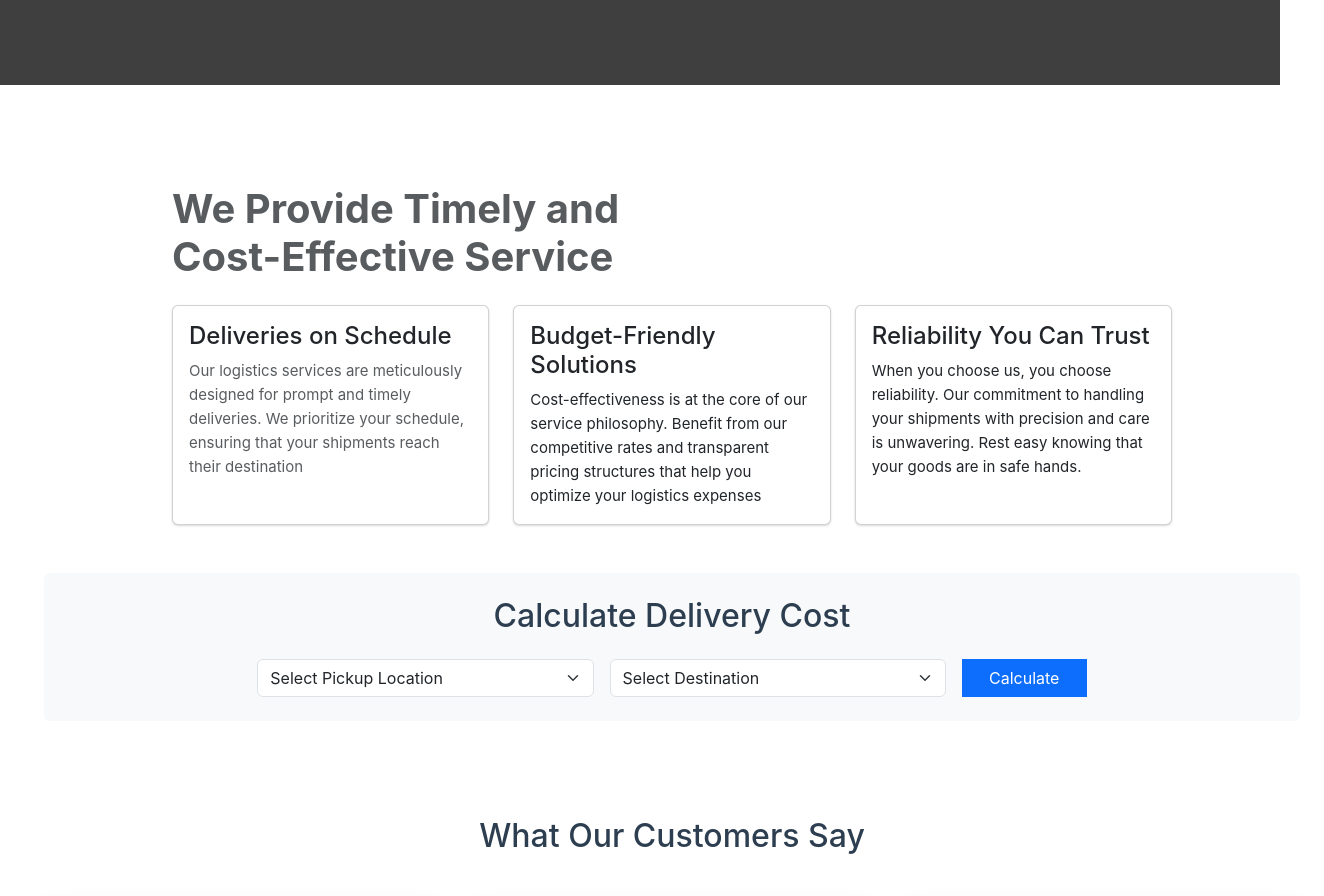
Repository: stancillous/package-yangu-logistics
Page: /
These files come from the project's save history. The page is drawn as it stood at one moment and after the next save; the edit follows.
The browser window is 1280 px wide. The page is 1324 px wide, so the pictures cover 1324 px, including what lies to the right of the window. The pictures show the part of the page from y = 591 to 1487 px (the page is 2145 px tall).
Pictures or frames that could not be fetched are drawn as grey boxes. The project was rebuilt for these pictures with package versions that can differ from the ones it lists, and the page was loaded fresh each time. Also part of the build but not shown: vite.config.ts.

Above is the page before, as saved 2025-01-31 14:16:10.

After the next save:
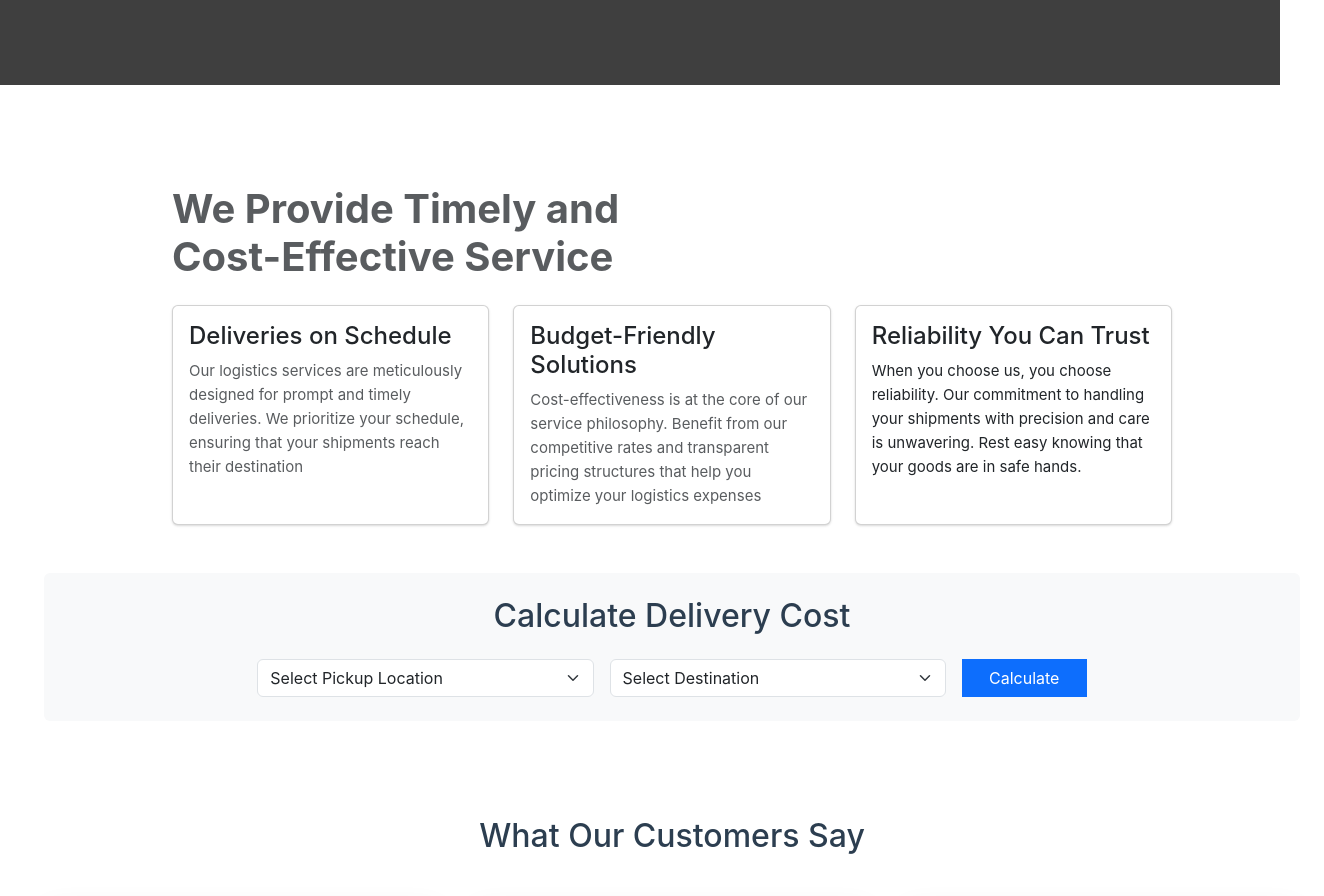
Saved 9 s later.
--- a/src/views/Index.vue
+++ b/src/views/Index.vue
@@ -51,7 +51,7 @@
                 <div class="card-body">
                   <!-- <i class="bi bi-globe fs-1 text-primary mb-3"></i> -->
                   <h4 class="card-title">Budget-Friendly Solutions</h4>
-                  <p class="card-text">Cost-effectiveness is at the core of our service philosophy. Benefit from our competitive rates and transparent pricing structures that help you optimize your logistics expenses</p>
+                  <p class="card-text text-muted">Cost-effectiveness is at the core of our service philosophy. Benefit from our competitive rates and transparent pricing structures that help you optimize your logistics expenses</p>
                 </div>
               </div>
             </div>
